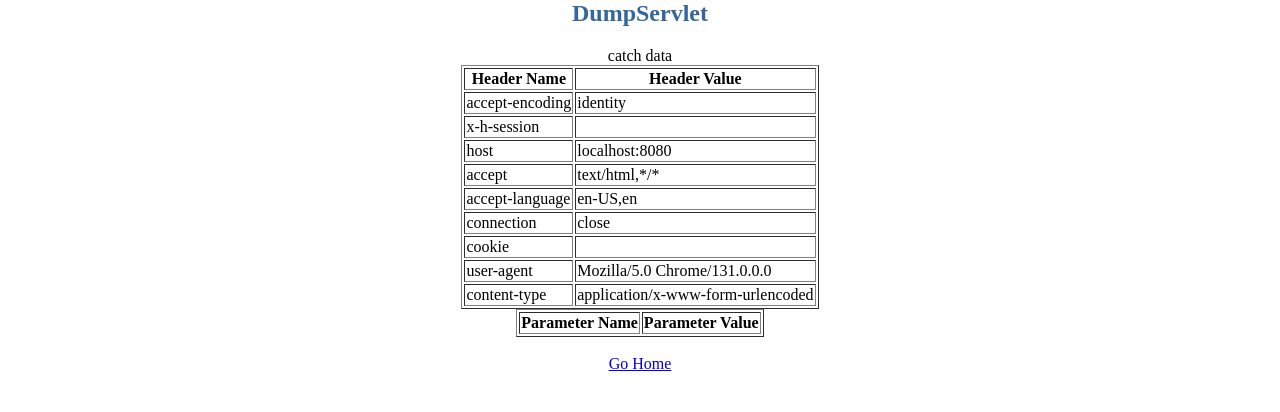
Repository: zoooolander/systex_prac_javaee
Page: http://localhost/myWeb/admin/dump.view
An editor plug-in stored every save of this project. The page is shown before and after the next save, followed by the edit.
The browser window is 1280 px wide. The pictures show the whole page.
The page is served by Tomcat 10. Other server files are loaded and not shown.

Above is the page before, as saved 2024-09-19 03:21:34.

### myWeb/src/main/java/com/systex/view/DumpServlet.java
package com.systex.view;

import jakarta.servlet.ServletException;
import jakarta.servlet.annotation.WebServlet;
import jakarta.servlet.http.HttpServlet;
import jakarta.servlet.http.HttpServletRequest;
import jakarta.servlet.http.HttpServletResponse;
import java.io.IOException;
import java.io.PrintWriter;
import java.text.SimpleDateFormat;
import java.util.Arrays;
import java.util.Date;
import java.util.Enumeration;

/**
 * Servlet implementation class DumpServlet
 */
public class DumpServlet extends HttpServlet {
	private static final long serialVersionUID = 1L;

	/**
	 * @see HttpServlet#HttpServlet()
	 */
	public DumpServlet() {
		super();
		// TODO Auto-generated constructor stub
	}

	/**
	 * @see HttpServlet#doGet(HttpServletRequest request, HttpServletResponse
	 *      response)
	 */
	protected void doGet(HttpServletRequest request, HttpServletResponse response)
			throws ServletException, IOException {
		// TODO Auto-generated method stub
		request.setCharacterEncoding("UTF-8");
		response.setContentType("text/html");
		response.setCharacterEncoding("UTF-8");
		PrintWriter out = response.getWriter();
		String croot = request.getContextPath();
		out.println("<html>");
		out.println("<head>");
		out.println("<title>DumpServlet</title>");
		out.println("<link href=\"" + croot + "/style/myStyle.css\" rel=\"stylesheet\"></link>");
		out.println("</head>");
		out.println("<body>");
		out.println("<h2>DumpServlet</h2>");
		Enumeration<String> headerNames = request.getHeaderNames();
		out.println("<table border='1' style='margin:auto'>");
		out.println("<thread><tr><th>Header Name</th><th>Header Value</th></tr></thread>");
		out.println("<tbody>");
		while (headerNames.hasMoreElements()) {
			String headerName = headerNames.nextElement();
			String headerValue = request.getHeader(headerName);
			out.println("<tr><td>" + headerName + "</td><td>" + headerValue + "</td></tr>");
		}

		out.println("catch data");
		Enumeration<String> paramNames = request.getParameterNames();
		out.println("<table border='1' style='margin:auto'>");
		out.println("<thread><tr><th>Parameter Name</th><th>Parameter Value</th></tr></thread>");
		out.println("<tbody");
		while (paramNames.hasMoreElements()) {
			String paramName = paramNames.nextElement();
			String paramValue;
			if (paramNames.equals("hobbies")) {
				paramValue = Arrays.toString(request.getParameterValues(paramName));
			} else {
				paramValue = request.getParameter(paramName);
			}
			out.println("<tr><td>" + paramName + "</td><td>" + paramValue + "</td><tr>");
		}
		out.println("</tbody>");
		out.println("</table>");
		out.println("<br><a href='" + croot + "/'>Go Home</br>");
		out.println("</body>");
		out.println("</html>");
		out.close();
	}

	/**
	 * @see HttpServlet#doPost(HttpServletRequest request, HttpServletResponse
	 *      response)
	 */
	protected void doPost(HttpServletRequest request, HttpServletResponse response)
			throws ServletException, IOException {
		// TODO Auto-generated method stub
		doGet(request, response);
	}

}

### myWeb/src/main/webapp/style/myStyle.css
@charset "UTF-8";

body {
	text-align: center;
	margin: auto;
}

h1,h2 {
	color: #369;
}

After the next save:
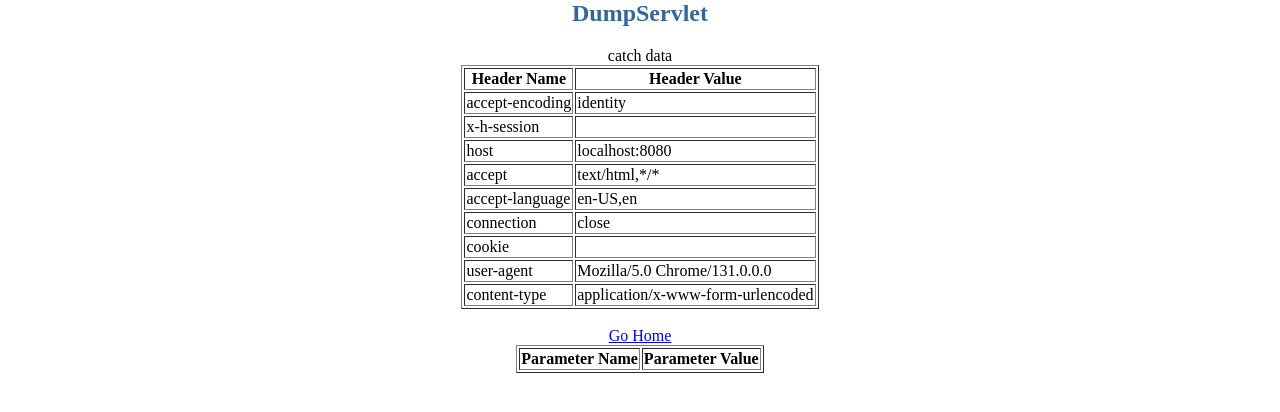
Saved 31 s later.
--- a/myWeb/src/main/java/com/systex/view/DumpServlet.java
+++ b/myWeb/src/main/java/com/systex/view/DumpServlet.java
@@ -54,7 +54,7 @@ public class DumpServlet extends HttpServlet {
 			String headerValue = request.getHeader(headerName);
 			out.println("<tr><td>" + headerName + "</td><td>" + headerValue + "</td></tr>");
 		}
-
+		out.println("</tbody>");
 		out.println("catch data");
 		Enumeration<String> paramNames = request.getParameterNames();
 		out.println("<table border='1' style='margin:auto'>");
@@ -70,7 +70,7 @@ public class DumpServlet extends HttpServlet {
 			}
 			out.println("<tr><td>" + paramName + "</td><td>" + paramValue + "</td><tr>");
 		}
-		out.println("</tbody>");
+
 		out.println("</table>");
 		out.println("<br><a href='" + croot + "/'>Go Home</br>");
 		out.println("</body>");
